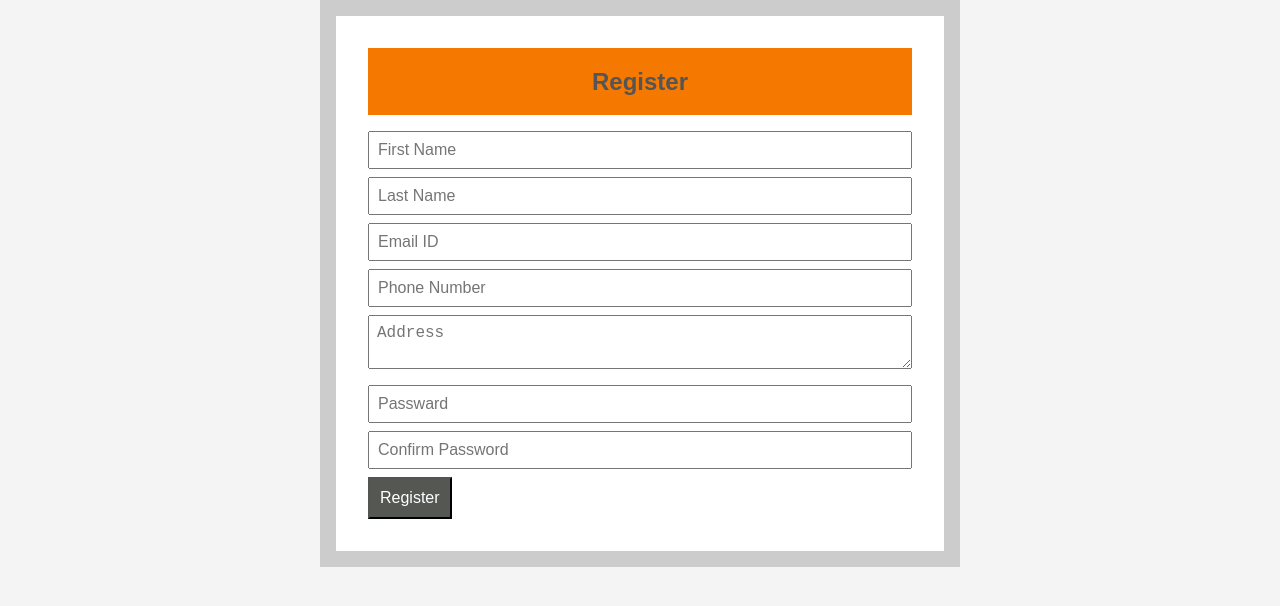
Repository: Kutty39/WebApps
Page: http://localhost/WebPageApp1/register.jsp
An editor plug-in stored every save of this project. The page is shown before and after the next save, followed by the edit.
The browser window is 1280 px wide. The pictures show the whole page.
The page is served by Tomcat 9. Other server files are loaded and not shown.

Above is the page before, as saved 2019-12-06 12:39:26.

### LoginRegistrationPage/WebPageApp1/src/main/webapp/register.jsp
<%@ page language="java" contentType="text/html; charset=UTF-8"
	pageEncoding="UTF-8"%>
<!DOCTYPE html>
<html>
<head>
<meta charset="UTF-8">
<title>Register</title>
<link href="CSS/mycss.css" rel="stylesheet" type="text/css">
<script
	src="https://ajax.googleapis.com/ajax/libs/jquery/3.4.1/jquery.min.js"></script>
<script src="JS/myjs.js"></script>
</head>
<body>
	<div class="form-container">
		<div class="form-header">
			<h2>Register</h2>
		</div>
		<!-- action="switchpage" method="post" -->
		<form action="javascript:alert( 'success!' );" class="my-form">
			<input type="text" name="fname" placeholder="First Name"
				required="required">
			<input type="text" name="lname" required="required"
				placeholder="Last Name">
			<p class="hd-lbl eid" hidden>*Mandatory field</p>
			<input type="text" name="eid" required="required"
				placeholder="Email ID">
			<p class="hd-lbl phn" hidden>*Mandatory field</p>
			<input type="text" name="phn" required="required"
				placeholder="Phone Number">
			<textarea name="adrs" required="required" placeholder="Address"></textarea>
			<p class="hd-lbl pas" hidden>*Combination of Upper case,Lower case,Number and Special Character it should be min length of 8 and Max 15</p>
			<input type="password" name="pas" required="required"
				placeholder="Passward">
			<p class="hd-lbl conpas" hidden>*Does not matches</p>
			<input type="password" name="conpas" required="required"
				placeholder="Confirm Password" required="required">
			<input class="button"
				type="submit" value="Register">
		</form>
	</div>
</body>
</html>

### LoginRegistrationPage/WebPageApp1/src/main/webapp/CSS/mycss.css
@charset "UTF-8";
*{
	box-sizing: border-box;}
body {
	background-color: #f4f4f4;
	color: #555;
	font-family: Arial, Helvetica, sans-serif;
	font-size: 16px;
	line-height: 1.6em;
	margin: 0;
	background-color: #f4f4f4;
}

p.hd-lbl {
	padding: 0;
	margin: 0;
	width: 100%;
	font-family: monospace;
	line-height: 1rem;
}

.hd-lbl {
	color: red;
	font-size: 0.7rem;
}

.container {
	width: 80%;
	margin: auto;
	overflow: hidden;
}

.form-header {
	text-align: center;
	width: 100%;
	margin: auto;
	margin-bottom: 1em;
	padding: 1px;
	background-color: #f57900;
}

.form-container, .out-container {
	width: 50%;
	background-color: white;
	margin: auto;
	overflow: hidden;
	border: 1rem #ccc solid;
	padding: 2em;
}

.button {
	background-color: #555753;
	padding: 10px;
	color: white;
	font-size: 1em;
}

.my-form input[type="text"], .my-form textarea, .my-form input[type="password"]
	{
	width: 100%;
	padding: 0.5rem;
	margin-bottom: 0.5rem;
	font-size: 1em;
	box-sizing: border-box
}

.head {
	background: #3c7be5;
}

.head h1 {
	color: white;
}

.nav-bar {
	background-color: #555753;
}

.nav-bar ul {
	padding-left: 0;
	list-style: none;
	text-decoration: none;
	list-style: none;
}

.nav-bar li {
	display: inline;
}

.nav-bar a {
	text-decoration: none;
}

.nav-bar a:hover {
	background: white;
	color: black;
}

footer {
	background-color: #555753;
	color: white;
	text-align: center;
	padding: 2%;
}

@media ( max-width : 600px) {
	nav, article {
		width: 100%;
		height: auto;
	}
}
/* body{
	font: bold 100% Arial,Helvetica,sans-serif;
}
.btn {
	border-radius: 15px;
	padding: 5px;
	background: aqua;
}

.btn:hover {
	background-color: buttonface;
}

.box-1 {
	text-align:center;
	border-radius: 5px;
	background-color: #f2f2f2;
	padding: 5%;
	margin: auto;
	width: 80%
}
.box-1 h2{
	text-transform: capitalize;
	letter-spacing: 0.1em;
} */

### LoginRegistrationPage/WebPageApp1/src/main/webapp/JS/myjs.js
$(document).ready(function() {
	// this will bind the method for currently available elements
	$("a.button").click(loadpage);
	// this on method will bind the methods to future elements
	$("#ajx").on("blur","input[type!='submit']",($(this), mandChecker));
	$("#ajx").on("keyup","input[type!='submit']",($(this), mandChecker));
	$("#ajx").on("blur","#eid",check);
	$("#ajx").on("blur","#usr",check);
	$("#ajx").on("submit","#regForm",function(e){
		var s=true;
			$("p.hd-lbl").each(function() {
				if (this.style.display === "block") {
					s=false;
				}
			});
			if(s){
			$.ajax({
				type : "POST",
				url : "regestration",
				data :$("#regForm").serialize(),
				success : function(msg) {
					$("#ajx").html(msg);
				},
				dataType : "html"
			});
			}
			e.preventDefault();
	});


	$("#ajx").on("submit","#lgnForm",function(e){
		var s=true;
		$("#errormsg").hide();
		$("#successmsg").hide();
			$("p.hd-lbl").each(function() {
				if (this.style.display === "block") {
					s=false;
				}
			});
			if(s){
				$.post("login",$("#lgnForm").serialize(),function(msg) {
					if(msg.search("Login")<0){
						lognaction();}
						$("#ajx").html(msg);
					});
				}
		e.preventDefault();
	});


	$("#ajx").on("submit","#profForm",function(e){
		let s = true;
		$("p.hd-lbl").each(function() {
			if (this.style.display === "block") {
				s=false;
				return;
			}
		});
		if(s){
			$.post("update",$("#profForm").serialize(),function(msg) {
				alert(msg);
			});
		}
		 e.preventDefault();
	});

});

function lognaction(){
	$("a.button").each(function(){
		if($(this).attr('class').indexOf("home")<=0){
		$(this).toggle();}
	});
}
function logconfirm(){
	$("a.button.login").hide()
	$("a.button.register").hide();
	$("a.button.userprof").show();
	$("a.button.logout").show();
}


function loadpage() {
	var cls = $(this).attr("class").replace("button ","");
	console.log(cls.replace("button ",""));
	$.ajax({
		type : "post",
		url : "switchpage",
		data : {"page" : cls},
		success : function(msg) {
			if(cls=="logout"){
				lognaction();
			}
			$("#ajx").html(msg);
		},
		dataType : "html"
	});
}

function check(){
	var obj=$(this);
	if(obj!=null){
	$.ajax({
		type : "post",
		url : "validate",
		data : {"email":obj.val()},
		success : function(msg) {
			if(msg==="true"){
				if(obj.attr("name")==="eid"){
				$(".hd-lbl.eid").text("*Email alread exists.");
				$(".hd-lbl.eid").show();
				}if(obj.attr("name")==="username"){
					$(".hd-lbl.username").hide();
				}
			}else{
				if(obj.attr("name")==="username"){
					$(".hd-lbl.username").text("*Email is not exists. please register and come back");
					$(".hd-lbl.username").show();
				}else if(obj.attr("name")==="eid"){
					$(".hd-lbl.eid").hide();
				}
			}
		}
	});
	}
}

function mandChecker(element) {
	var val = element.target.value;
	var name = element.target.name;
	var obj = $(".hd-lbl." + name);
	if (val === "") {
		obj.show();
	} else {
		obj.show();
		var regx = "";
		if (name === "phn") {
			regx = /^\d{10}$/;
			if (regx.test(val)) {
				obj.hide();
			} else {
				obj.text("* Phone number should be 10 digit");
			}
		} else if (name === "eid") {
			regx = /^[a-zA-z\d._-]+\@[a-zA-Z\d.-]+\.[a-zA-Z]{2,4}$/;
			if (regx.test(val)) {
				obj.hide();
			} else {
				obj.text("* Please enter valid email.");
			}
		} else if (name === "pas") {
			regx = /^((?=.*[a-z])(?=.*[A-Z])(?!.*\s)(?=.*[@$!%*?&])).{8,15}$/;
			if (regx.test(val)) {
				obj.hide();
			} else {
				obj.show();
			}
		} else if (name === "conpas") {
			var ps = $("input[name='pas']").val();
			if (val === ps) {
				obj.hide();
			} else {
				obj.show();
			}
		} else {
			obj.hide();
		}
	}
}

After the next save:
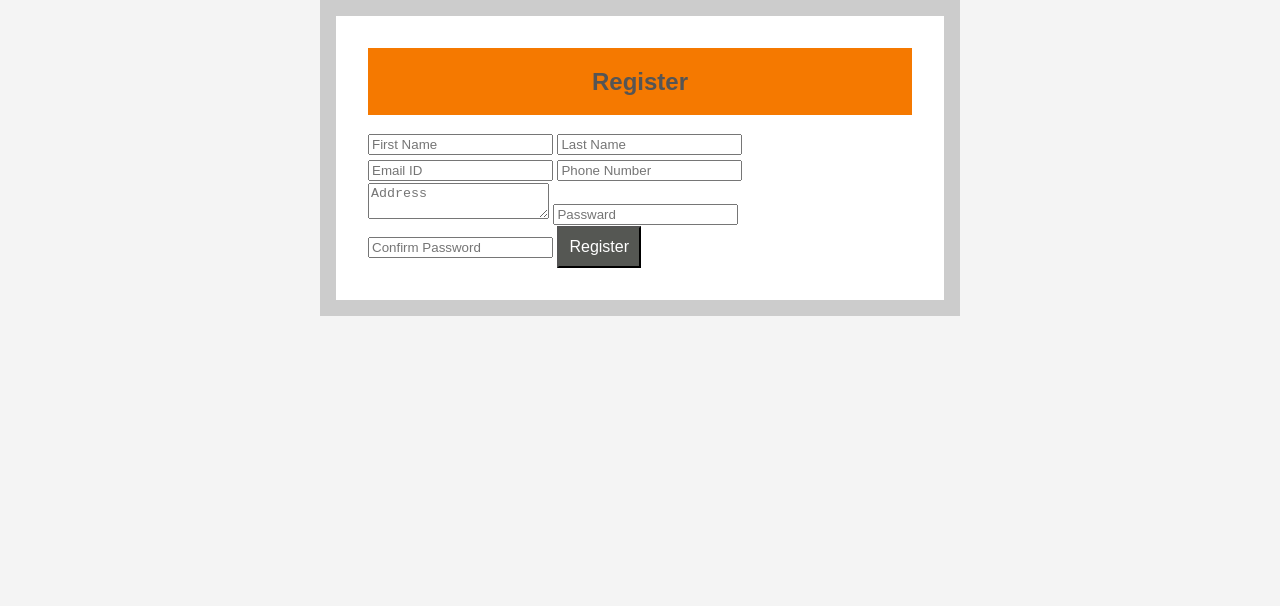
Saved 19 min 24 s later.
--- a/LoginRegistrationPage/WebPageApp1/src/main/webapp/register.jsp
+++ b/LoginRegistrationPage/WebPageApp1/src/main/webapp/register.jsp
@@ -16,7 +16,7 @@
 			<h2>Register</h2>
 		</div>
 		<!-- action="switchpage" method="post" -->
-		<form action="javascript:alert( 'success!' );" class="my-form">
+		<form action="javascript:alert( 'success!' );" id="my-form">
 			<input type="text" name="fname" placeholder="First Name"
 				required="required">
 			<input type="text" name="lname" required="required"

After the save that followed:
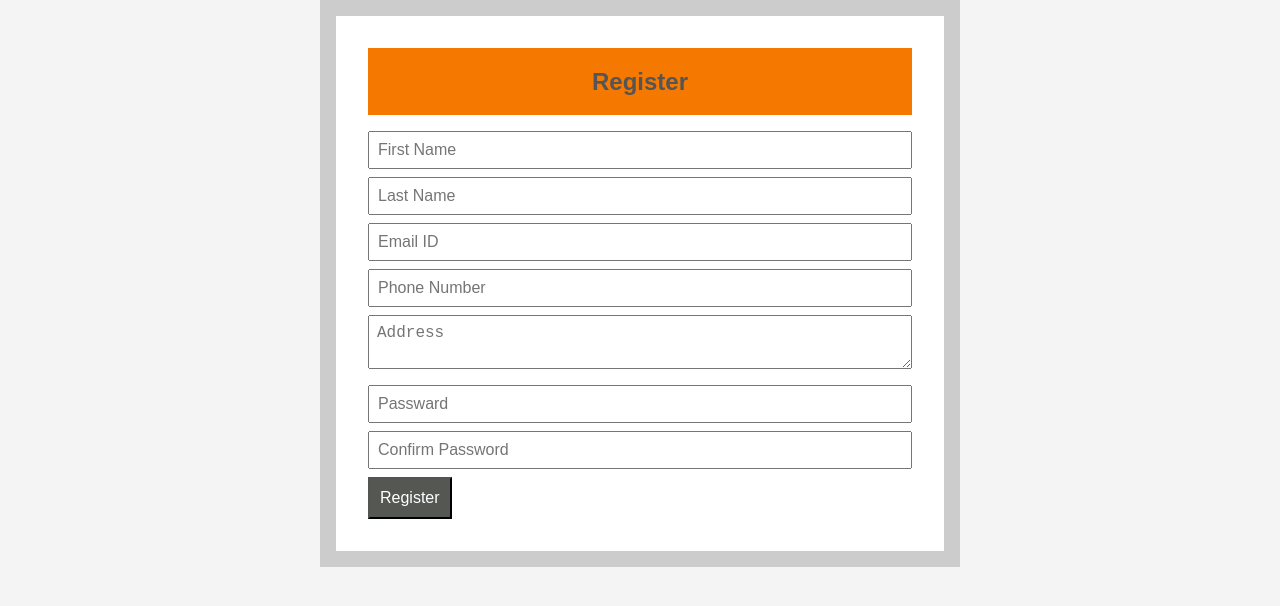
Saved 8 min 8 s later.
--- a/LoginRegistrationPage/WebPageApp1/src/main/webapp/register.jsp
+++ b/LoginRegistrationPage/WebPageApp1/src/main/webapp/register.jsp
@@ -16,7 +16,7 @@
 			<h2>Register</h2>
 		</div>
 		<!-- action="switchpage" method="post" -->
-		<form action="javascript:alert( 'success!' );" id="my-form">
+		<form action="javascript:alert( 'success!' );" class="my-form">
 			<input type="text" name="fname" placeholder="First Name"
 				required="required">
 			<input type="text" name="lname" required="required"
